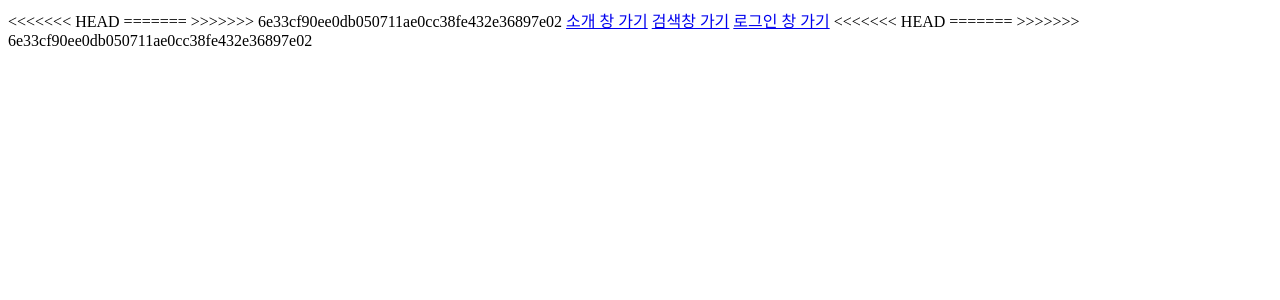
Repository: navang/JJAM_project
Page: http://localhost/jjam/start.jsp
An editor plug-in stored every save of this project. The page is shown before and after the next save, followed by the edit.
The browser window is 1280 px wide. The pictures show the whole page.
The page is served by Tomcat 9. Nobody is signed in. The application's start-up code is not run. Other server files are loaded and not shown.

Above is the page before, as saved 2019-07-22 23:13:24.

### jjam/src/main/webapp/start.jsp
<%@ page language="java" contentType="text/html; charset=UTF-8"
    pageEncoding="UTF-8"%>
<!DOCTYPE html>
<html>
<head>
<meta charset="UTF-8">
<<<<<<< HEAD

=======
>>>>>>> 6e33cf90ee0db050711ae0cc38fe432e36897e02
<title>start</title>
</head>
<body>

  <a href="jjam_intro.do"> 소개 창 가기</a>
  <a href="jjam_2_search.do"> 검색창 가기</a>
   <a href="customerLogin.do"> 로그인 창 가기</a>
</body>
</html>

<<<<<<< HEAD

=======
>>>>>>> 6e33cf90ee0db050711ae0cc38fe432e36897e02

After the next save:
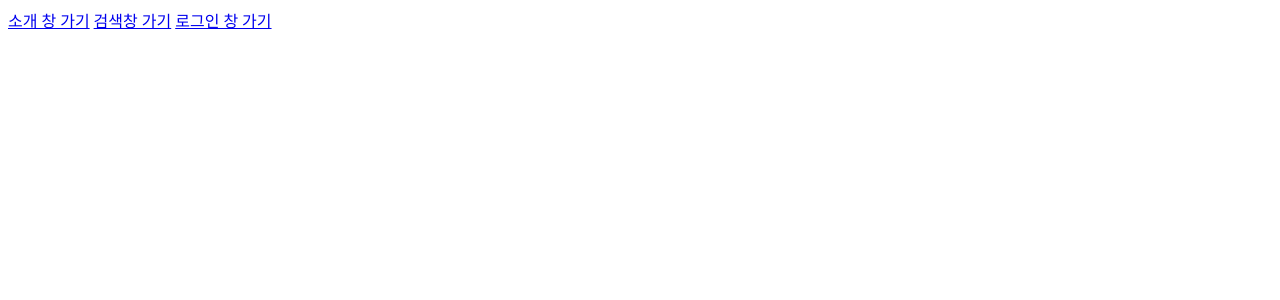
Saved 9 min 56 s later.
--- a/jjam/src/main/webapp/start.jsp
+++ b/jjam/src/main/webapp/start.jsp
@@ -4,10 +4,6 @@
 <html>
 <head>
 <meta charset="UTF-8">
-<<<<<<< HEAD
-
-=======
->>>>>>> 6e33cf90ee0db050711ae0cc38fe432e36897e02
 <title>start</title>
 </head>
 <body>
@@ -17,8 +13,3 @@
    <a href="customerLogin.do"> 로그인 창 가기</a>
 </body>
 </html>
-
-<<<<<<< HEAD
-
-=======
->>>>>>> 6e33cf90ee0db050711ae0cc38fe432e36897e02
